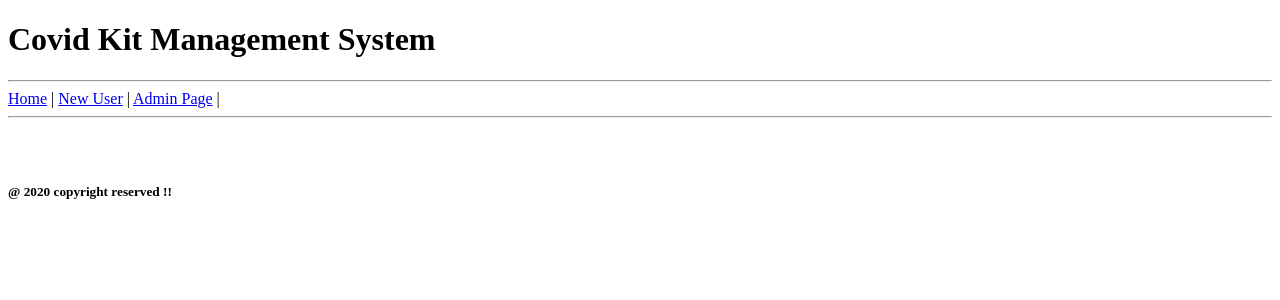
Repository: smithaApatil/SBA1_Final
Page: http://localhost/CovidKitMgmtSystem/
These files come from the project's save history. The page is drawn as it stood at one moment and after the next save; the edit follows.
The browser window is 1280 px wide. The pictures show the whole page.
The page is served by Tomcat 9.

Above is the page before, as saved 2020-11-08 19:17:49.

After the next save:
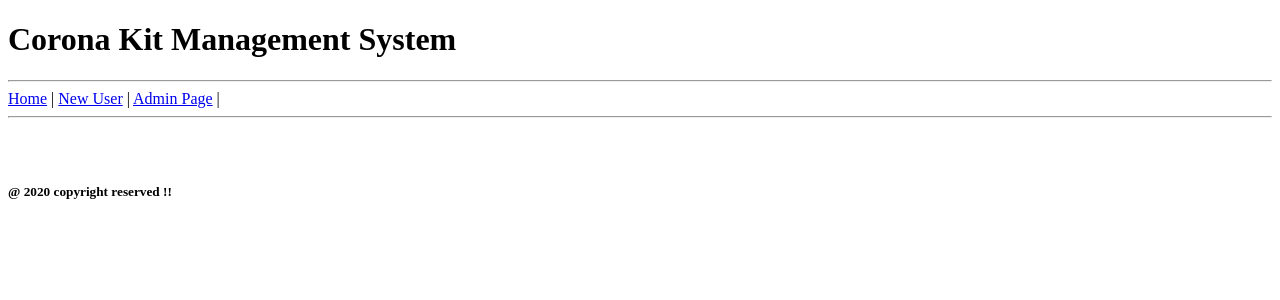
Saved 14 s later.
--- a/CovidKitMgmtSystem/WebContent/header.jsp
+++ b/CovidKitMgmtSystem/WebContent/header.jsp
@@ -1,5 +1,5 @@
 <header>
-	<h1>Covid Kit Management System</h1>
+	<h1>Corona Kit Management System</h1>
 	<hr />
 		<nav>
 			<a href="index.jsp">Home</a>
